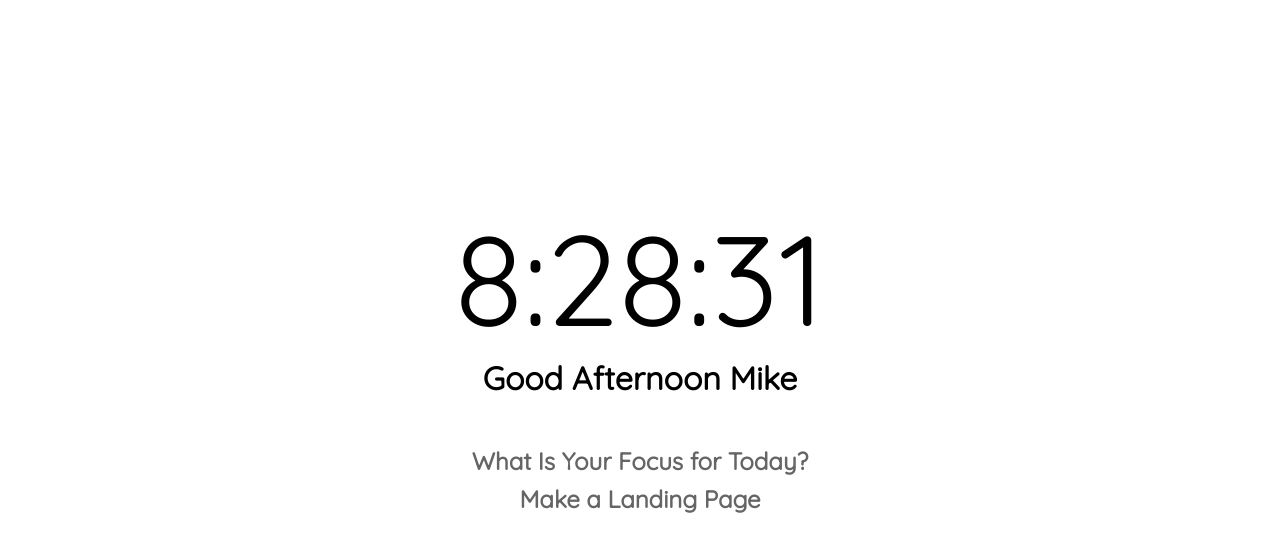
Repository: MikeTroianello/Landing-Page
Page: index.html
These files come from the project's save history. The page is drawn as it stood at one moment and after the next save; the edit follows.
The browser window is 1280 px wide. The pictures show the whole page.

Above is the page before, as saved 2019-06-19 23:22:33.

### index.html
<!DOCTYPE html>
<html lang="en">
  <head>
    <meta charset="UTF-8" />
    <meta name="viewport" content="width=device-width, initial-scale=1.0" />
    <meta http-equiv="X-UA-Compatible" content="ie=edge" />
    <link
      href="https://fonts.googleapis.com/css?family=Quicksand&display=swap"
      rel="stylesheet"
    />
    <link rel="stylesheet" href="./style.css" />
    <title>Greetings!</title>
  </head>
  <body>
    <time id="time">12:12:12 PM</time>
    <h1>
      <span id="greeting">Good Afternoon</span>
      <span id="name" contenteditable="true">Mike</span>
    </h1>
    <!-- <h2 id="focus">What Is Your Focus for Today?</h2> -->
    <h2>What Is Your Focus for Today?</h2>
    <h2 contenteditable="true">Make a Landing Page</h2>
    <script src="main.js"></script>
  </body>
</html>

### style.css
* {
  box-sizing: border-box;
  margin: 0;
  padding: 0;
}

body {
  font-family: 'Quicksand', sans-serif;
  display: flex;
  flex-direction: column;
  align-items: center;
  justify-content: center;
  text-align: center;
  height: 100vh;
  color: 'black';
}

#time {
  font-size: 8rem;
}

h1 {
  margin-bottom: 3rem;
}

h2 {
  margin-bottom: 0.5rem;
  opacity: 0.6;
}

@media (max-width: 700px) {
  #time {
    font-size: 6rem;
  }
}

### main.js
// DOM Elements
const time = document.getElementById('time'),
  greeting = document.getElementById('greeting'),
  name = document.getElementById('name'),
  focus = document.getElementById('focus');

//SHOW TIME

function showTime() {
  let today = new Date(),
    hour = today.getHours(),
    min = today.getMinutes(),
    sec = today.getSeconds();

  //SET AM OR PM
  const amPm = hour >= 12 ? 'PM' : 'AM';

  //12 Hour Format
  hour = hour % 12 || 12;

  //Output Time
  time.innerHTML = `${hour}<span>:</span>${addZero(min)}<span>:</span>${addZero(
    sec
  )}`;

  setTimeout(showTime, 1000);
}

showTime();

function addZero(x) {
  return (x < 10 ? '0' : '') + x;
}

//Background

function timeGreeting() {
  let today = new Date(),
    hour = today.getHours();

  if (hour > 17) {
    greeting.innerText = 'yeet';
  } else if (hour < 12) {
    //morning
  } else {
    //afternoon
  }
}

After the next save:
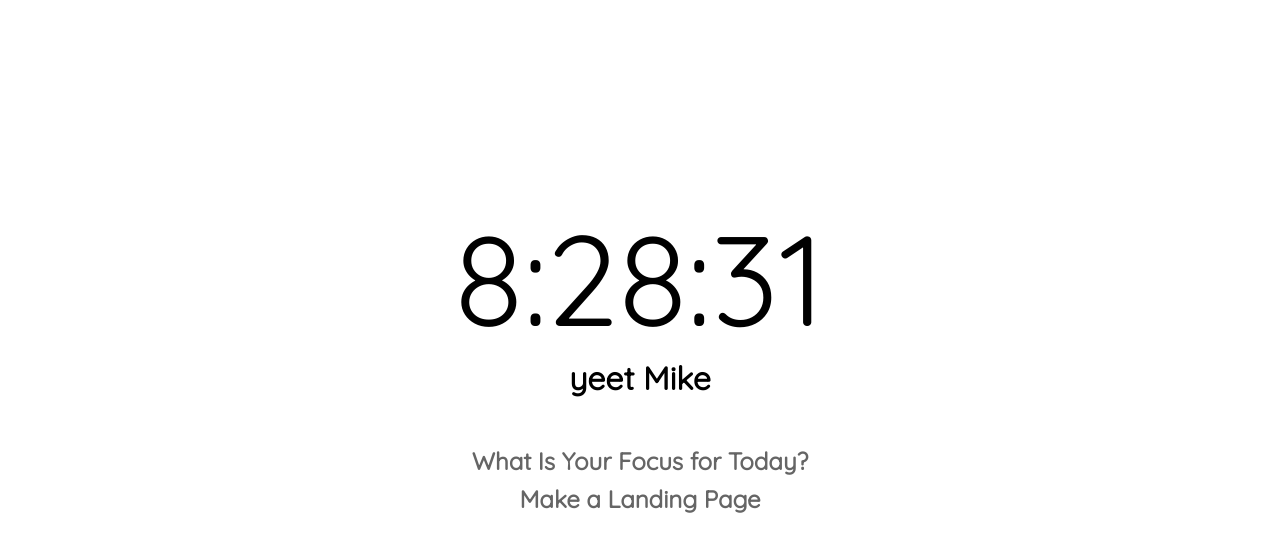
Saved 12 s later.
--- a/main.js
+++ b/main.js
@@ -46,3 +46,5 @@ function timeGreeting() {
     //afternoon
   }
 }
+
+timeGreeting();
